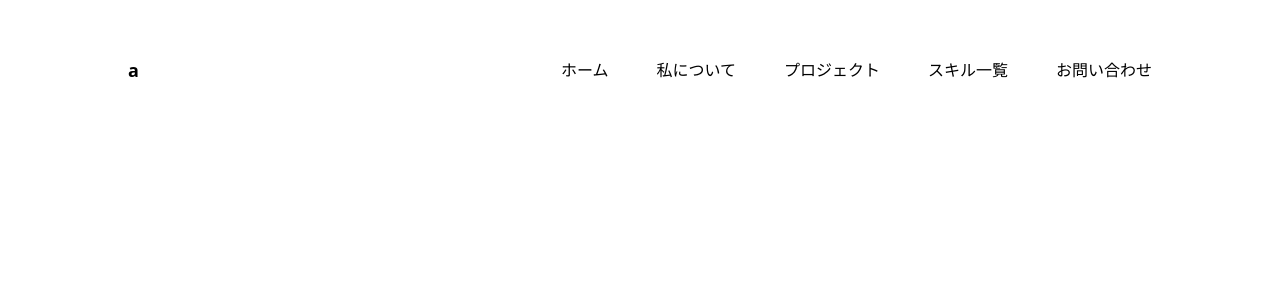
Repository: n-yoshikawa00/reactfolio
Page: /
An editor plug-in stored every save of this project. The page is shown before and after the next save, followed by the edit.
The browser window is 1280 px wide. The pictures show the whole page.
The project was rebuilt for these pictures with package versions that can differ from the ones it lists, and the page was loaded fresh each time. Also part of the build but not shown: vite.config.js.

Above is the page before, as saved 2024-10-15 13:35:29.

### index.html
<!DOCTYPE html>
<html lang="en">
  <head>
    <meta charset="UTF-8" />
    <link rel="icon" type="image/svg+xml" href="/vite.svg" />
    <meta name="viewport" content="width=device-width, initial-scale=1.0" />
    <title>ポートフォリオ</title>
    <link
      href="https://fonts.googleapis.com/css2?family=Noto+Serif+JP:wght@200..900&display=swap"
      rel="stylesheet"
    />
  </head>
  <body>
    <div id="root"></div>
    <script type="module" src="/src/main.jsx"></script>
  </body>
</html>

### src/App.jsx
import { useState } from "react";
import reactLogo from "./assets/react.svg";
import viteLogo from "/vite.svg";
import "./App.css";
import { FontAwesomeIcon } from "@fortawesome/react-fontawesome";
import { faCoffee } from "@fortawesome/free-solid-svg-icons";

function App() {
  return (
    //navigation bar
    <header class="py-6">
      <div class="container mx-auto flex justify-between items-center px-8 md:px-14 lg:px-24 w-full">
        <div class="text-lg font-bold items-center">
          <a href="todo.html">
            a<FontAwesomeIcon icon="fas fa-calendar-check" />{" "}
          </a>
        </div>
        <div class="space-x-12 hidden md:flex items-center">
          <a
            href="#home"
            class="hover:text-selectedText transition-all duration-300"
          >
            ホーム
          </a>
          <a
            href="#about"
            class="hover:text-selectedText transition-all duration-300"
          >
            私について
          </a>
          <a
            href="#portfolio"
            class="hover:text-selectedText transition-all duration-300"
          >
            プロジェクト
          </a>
          <a
            href="#skills"
            class="hover:text-selectedText transition-all duration-300"
          >
            スキル一覧
          </a>
          <a
            href="#contact"
            class="hover:text-selectedText transition-all duration-300"
          >
            お問い合わせ
          </a>
        </div>
        <div class="md:hidden hover:text-selectedText transition-all duration-300">
          <button id="barbutton" type="button" class="fixed top-6 right-6 z-10">
            <i id="bars" class="fa-solid fa-bars"></i>
          </button>
        </div>
        <ul
          id="menu"
          class="fixed top-0 left-0 z-0 w-full translate-x-full bg-gray-500 opacity-50 text-center font-bold text-white transition-all ease-linear"
        >
          <li class="p-1">
            <a href="#home">ホーム</a>
          </li>
          <li class="p-1">
            <a href="#about">私について</a>
          </li>
          <li class="p-1">
            <a href="#portfolio">プロジェクト</a>
          </li>
          <li class="p-1">
            <a href="#skills">スキル一覧</a>
          </li>
          <li class="p-1">
            <a href="#contact">お問い合わせ</a>
          </li>
        </ul>
      </div>
    </header>
  );
}

export default App;

### src/index.css
@tailwind base;
@tailwind components;
@tailwind utilities;

html,
body {
  scroll-behavior: smooth;
}

.secondary-title {
  @apply text-3xl font-bold;
}

.secondary-title::before {
  content: "";
  @apply block w-12 h-2 bg-selectedText rounded-full mb-1;
}

.section-paragraph {
  @apply text-secondary my-6 w-full max-w-3xl;
}

.badge {
  @apply px-4 py-2 text-sm bg-badge rounded-md;
}

### tailwind.config.js
/** @type {import('tailwindcss').Config} */
export default {
  content: ["./index.html", "./src/**/*.{js,ts,jsx,tsx}"],
  theme: {
    extend: {
      colors: {
        //基本色
        body: "#ebe7e0",
        //選択時の色
        selectedText: "#A9A9A9",
        secondary: "#9191A4",
        badge: "#FFCC66",
        inputBorder: "#565666",
        input: "#2A2A2A",
      },
    },
    fontFamily: {
      NotoSerifJP: ["Noto Serif JP", "serif"],
    },
  },
  plugins: [],
};

Loaded but not shown: src/main.jsx (common file); src/App.css (common file)

After the next save:
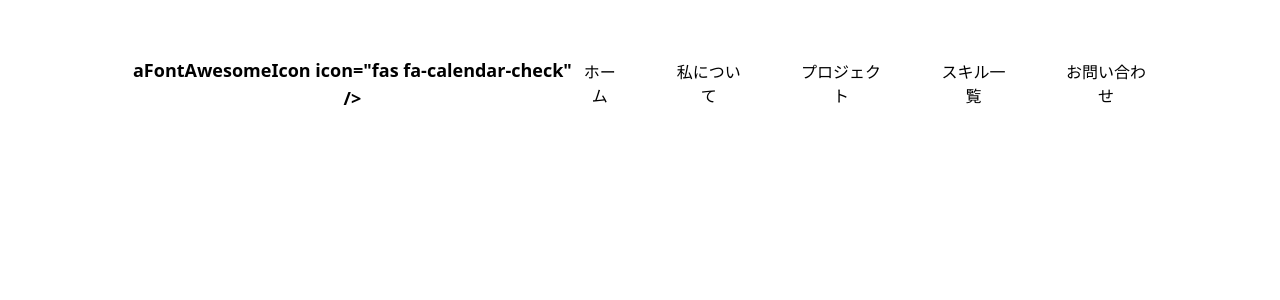
Saved 8 s later.
--- a/src/App.jsx
+++ b/src/App.jsx
@@ -12,7 +12,7 @@
       <div class="container mx-auto flex justify-between items-center px-8 md:px-14 lg:px-24 w-full">
         <div class="text-lg font-bold items-center">
           <a href="todo.html">
-            a<FontAwesomeIcon icon="fas fa-calendar-check" />{" "}
+            aFontAwesomeIcon icon="fas fa-calendar-check" />{" "}
           </a>
         </div>
         <div class="space-x-12 hidden md:flex items-center">
